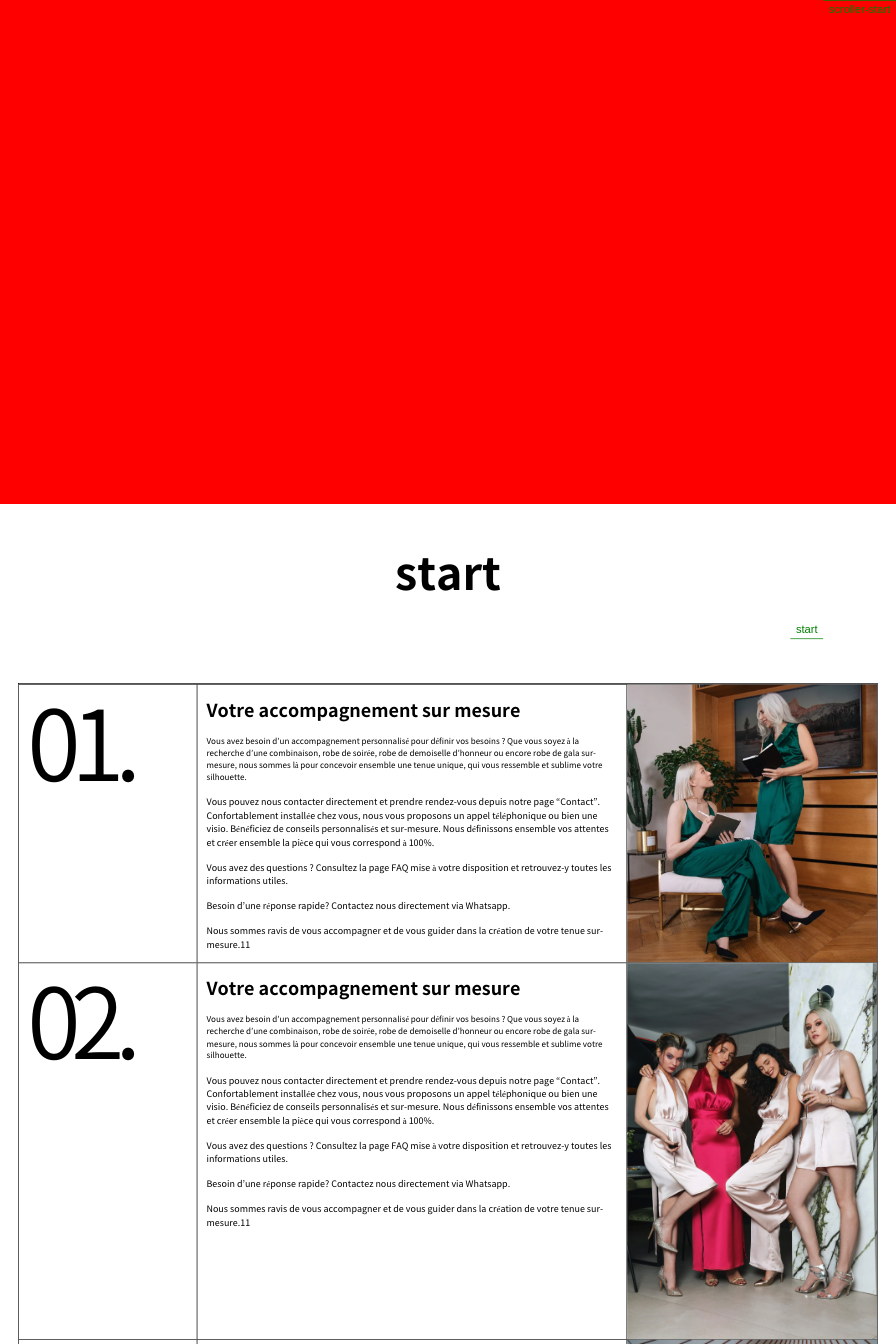
Repository: lwygold/motion
Page: layout/위로 하나씩 붙는 그리드.html
An editor plug-in stored every save of this project. The page is shown before and after the next save, followed by the edit.
The browser window is 1280 px wide. The pictures show the part of the page from y = 0 to 1920 px (the page is 6794 px tall before and 4213 px after), at 70% of full size.

Above is the page before, as saved 2023-03-28 10:51:44.
Console error: TypeError: Cannot read properties of undefined (reading 'to')

After the next save:
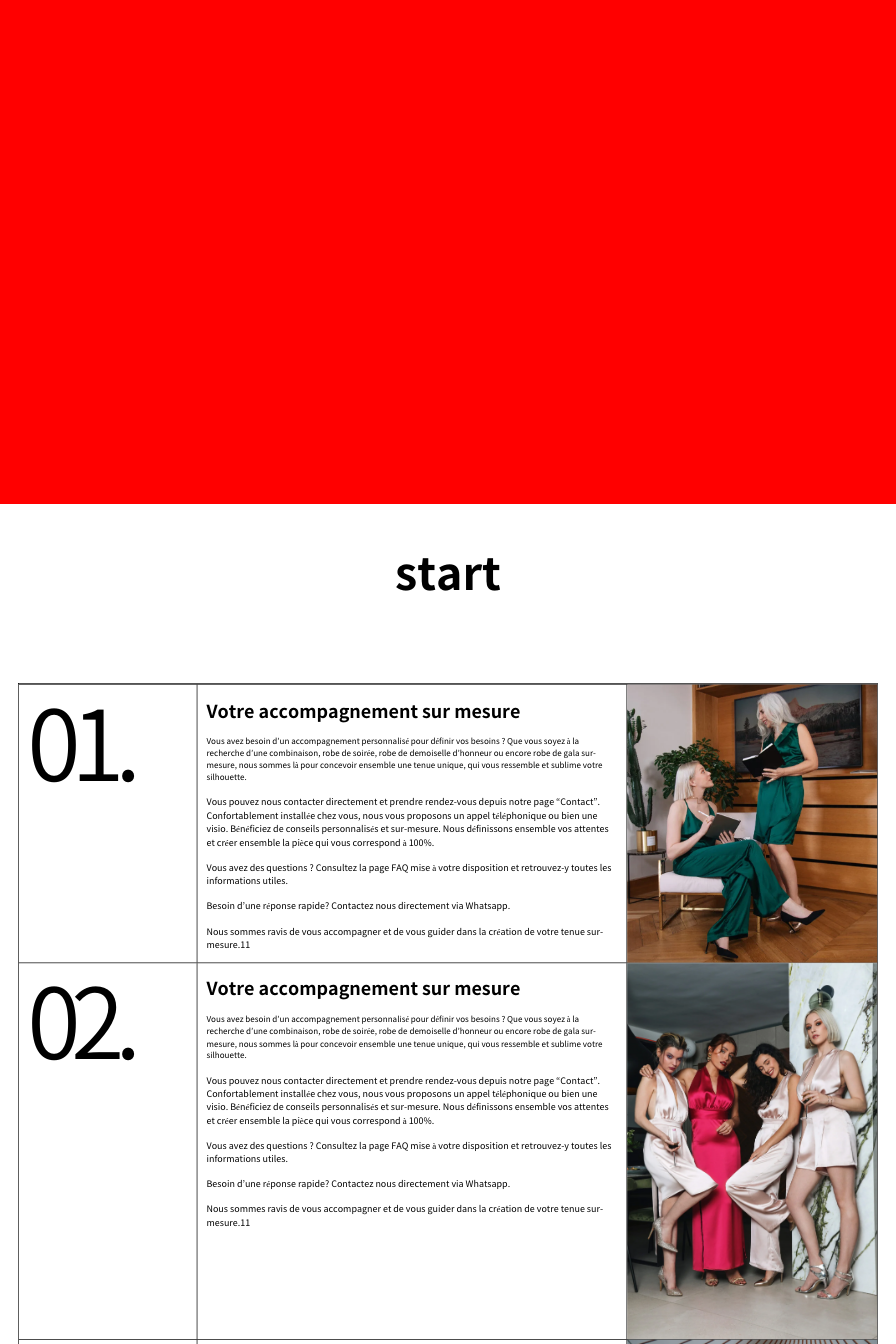
Console error: SyntaxError: Unexpected token '}'
Saved 8 s later.
--- a/layout/위로 하나씩 붙는 그리드.html
+++ b/layout/위로 하나씩 붙는 그리드.html
@@ -331,9 +331,9 @@
                         y: -(h2*i)-(h1*i)+(h1*2),
                     },0).
 
-                    t1.to(p[i].find('span'),{
-                        transform: "scale(1)",
-                    },0);
+                    // t1.to(p[i].find('span'),{
+                    //     transform: "scale(1)",
+                    // },0);
                 }
 
             });

After the 2 saves that followed:
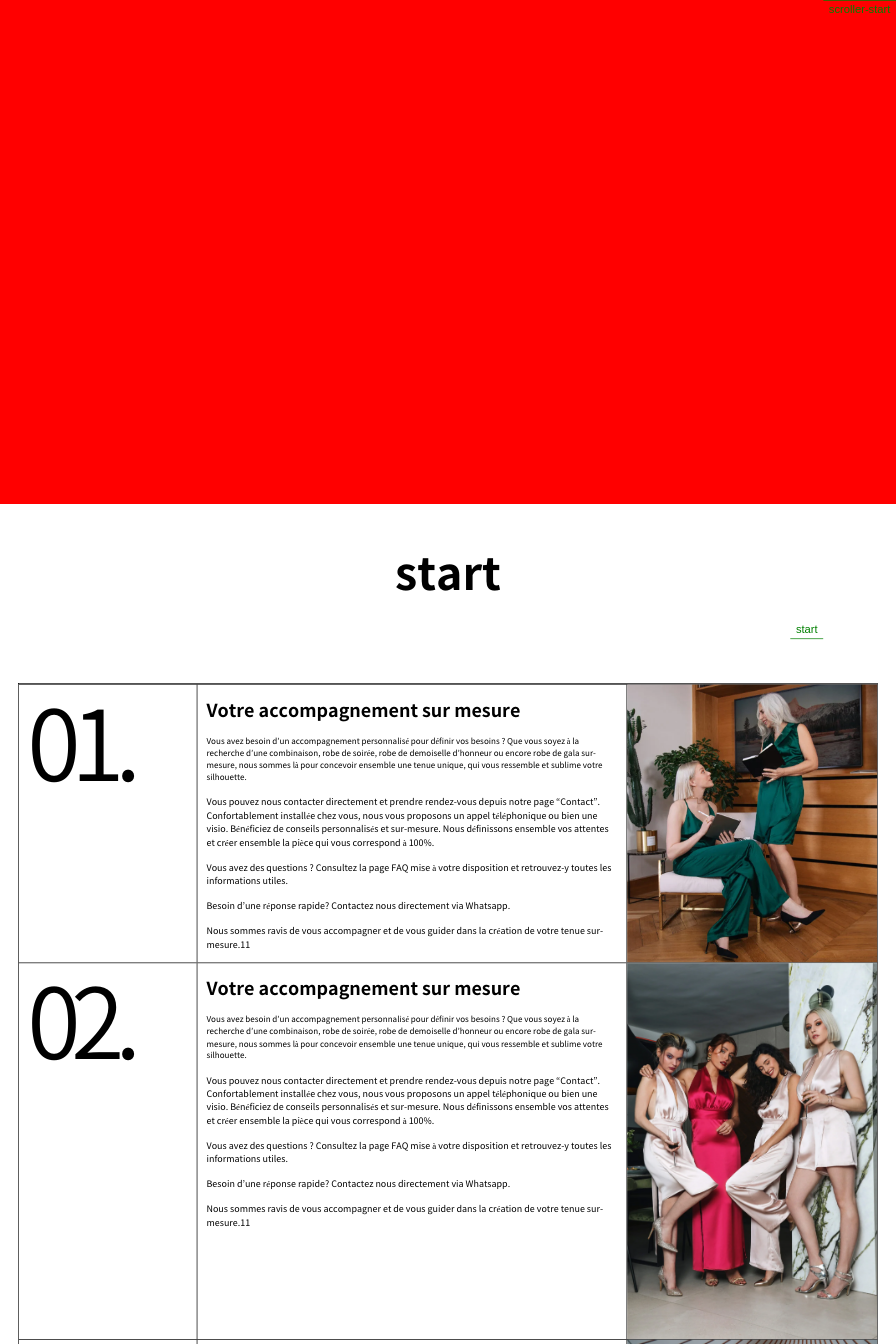
The error is gone.
The 2 saves are shown as one change because 1 left the picture as it was.
The last was saved 18 s later.
--- a/layout/위로 하나씩 붙는 그리드.html
+++ b/layout/위로 하나씩 붙는 그리드.html
@@ -325,11 +325,11 @@
 
 
             panels.forEach((panel, i, p) => {
-                console.log()
+
                 if(i!=0){
                     t1.to(p[i],{
                         y: -(h2*i)-(h1*i)+(h1*2),
-                    },0).
+                    },0)
 
                     // t1.to(p[i].find('span'),{
                     //     transform: "scale(1)",
